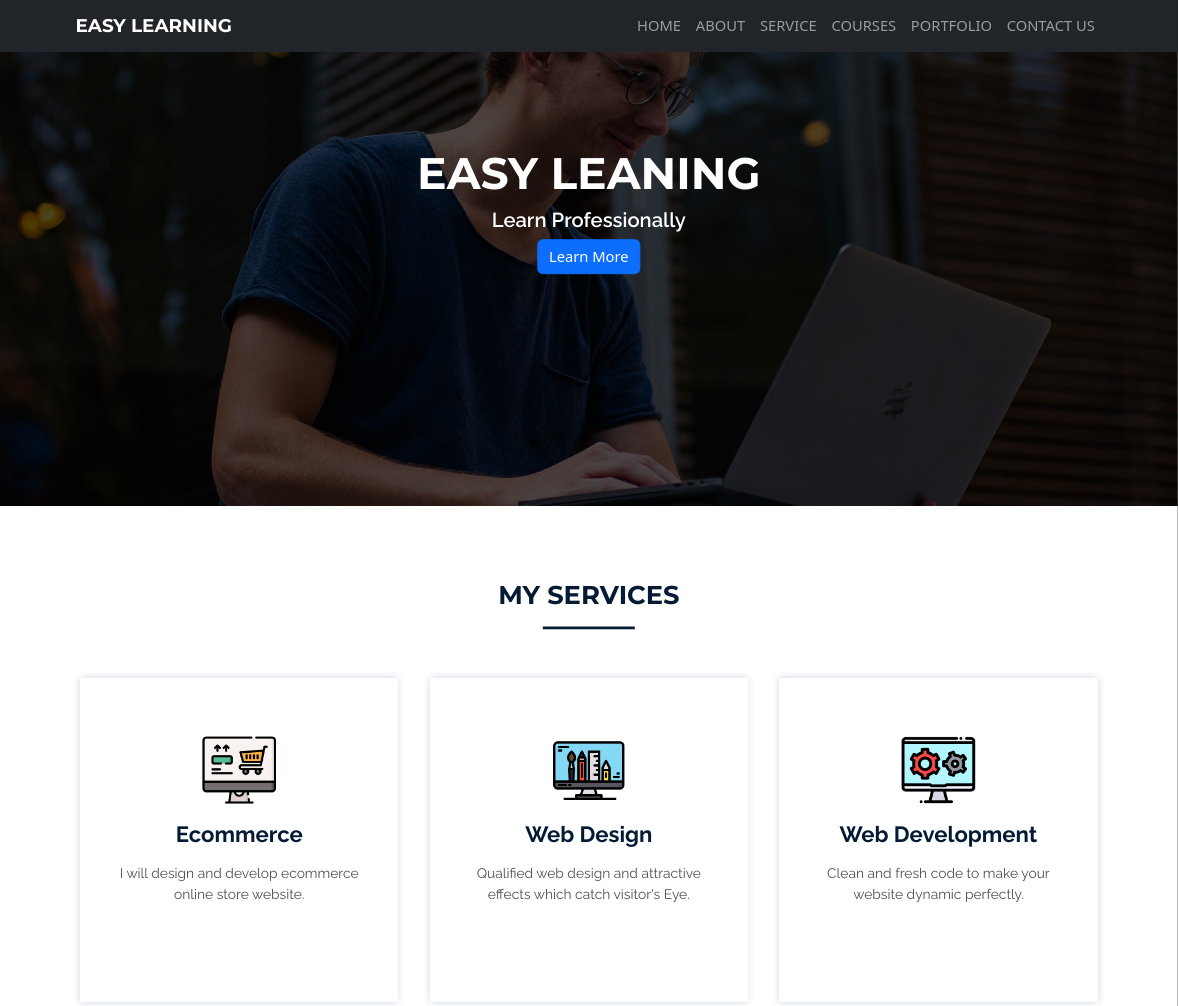
Repository: masamichan/free_video_app
Page: /
These files come from the project's save history. The page is drawn as it stood at one moment and after the next save; the edit follows.
The browser window is 1280 px wide. The pictures show the whole page, at 92% of full size.
Backgrounds fixed to the window are drawn as part of the page. The project was rebuilt for these pictures with package versions that can differ from the ones it lists, and the page was loaded fresh each time.

Above is the page before, as saved 2023-01-24 09:34:40.

### public/index.html
<!DOCTYPE html>
<html lang="en">
  <head>
    <meta charset="utf-8" />
    <link rel="icon" href="%PUBLIC_URL%/icon.png" />
    <meta name="viewport" content="width=device-width, initial-scale=1" />
    <meta name="theme-color" content="#000000" />
    <meta
      name="description"
      content="Web site created using create-react-app"
    />

    <link rel="manifest" href="%PUBLIC_URL%/manifest.json" />

    <link rel="preconnect" href="https://fonts.googleapis.com">
    <link rel="preconnect" href="https://fonts.gstatic.com" crossorigin>
    <link
      href="https://fonts.googleapis.com/css2?family=Montserrat:wght@400;700;800&family=Raleway:wght@300;400;600;700&display=swap"
      rel="stylesheet">

    <title>Easy Leaning</title>
  </head>
  <body>
    <noscript>You need to enable JavaScript to run this app.</noscript>
    <div style="width: 100%;" id="root"></div>

  </body>
</html>

### src/App.js
import React from "react";
import Services from "./components/Services/Services";
import { TopBanner } from "./components/TopBanner/TopBanner";
import TopNavigation from "./components/TopNavigation/TopNavigation";

function App() {
  return (
    <div>
      <TopNavigation />
      <TopBanner />
      <Services />
    </div>
  );
}

export default App;

### src/components/Services/Services.jsx
import React, { Component, Fragment } from "react";
import { Col, Container, Row } from "react-bootstrap";
import designIcon from "../../asset/image/design.png";
import ecommerceIcon from "../../asset/image/ecommerce.png";
import webIcon from "../../asset/image/web.png";

export class Services extends Component {
  render() {
    return (
      <Fragment>
        <Container className="text-center">
          <h1 className="serviceMainTitle">MY SERVICES</h1>
          <div className="bottom"></div>
          <Row>
            <Col lg={4} md={6} sm={12}>
              <div className="serviceCard text-center">
                <img className="ecommerceIcon" src={ecommerceIcon} />
                <h2 className="serviceName">Ecommerce</h2>
                <p className="serviceDescription">
                  I will design and develop ecommerce online store website.
                </p>
              </div>
            </Col>
            <Col lg={4} md={6} sm={12}>
              <div className="serviceCard text-center">
                <img className="designIcon" src={designIcon} />
                <h2 className="serviceName">Web Design</h2>
                <p className="serviceDescription">
                  Qualified web design and attractive effects which catch
                  visitor's Eye.
                </p>
              </div>
            </Col>
            <Col lg={4} md={6} sm={12}>
              <div className="serviceCard text-center">
                <img className="webIcon" src={webIcon} />
                <h2 className="serviceName">Web Development</h2>
                <p className="serviceDescription">
                  Clean and fresh code to make your website dynamic perfectly.
                </p>
              </div>
            </Col>
          </Row>
        </Container>
      </Fragment>
    );
  }
}

export default Services;

### src/components/TopBanner/TopBanner.jsx
import React, { Component, Fragment } from "react";
import { Button, Col, Container, Row } from "react-bootstrap";
import "../../asset/css/custom.css";
import "../../asset/css/bootstrap.css";

export class TopBanner extends Component {
  render() {
    return (
      <Fragment>
        <Container fluid={true} className="topFixedBanner p-0">
          <div className="topBannerOverlay">
            <Container className="topContent">
              <Row>
                <Col className="text-center">
                  <h1 className="topTitle">EASY LEANING</h1>
                  <h4 className="topSubTitle">Learn Professionally</h4>
                  <Button variant="primary">Learn More</Button>
                </Col>
              </Row>
            </Container>
          </div>
        </Container>
      </Fragment>
    );
  }
}

export default TopBanner;

### src/components/TopNavigation/TopNavigation.jsx
import React, { Component, Fragment } from "react";
import { Nav, Navbar, NavDropdown } from "react-bootstrap";
import { Container } from "react-bootstrap";
import whiteLogo from "../../asset/image/logo_white.png";
import blackLogo from "../../asset/image/logo_black.png";

export class TopNavigation extends Component {
  constructor() {
    super();
    this.state = {
      navBarTitle: "navTitle",
      navBarLogo: [whiteLogo],
    };
  }

  onScroll = () => {
    if (window.scrollY > 100) {
      this.setState({ navBarTitle: "navTitleScroll", navBarLogo: [blackLogo] });
    } else if (window.scrollY < 100) {
      this.setState({ navBarTitle: "navTitle", navBarLogo: [whiteLogo] });
    }
  };

  componentDidMount() {
    window.addEventListener("scroll", this.onScroll);
  }

  render() {
    return (
      <Fragment>
        <Navbar
          collapseOnSelect
          fixed="top"
          expand="lg"
          bg="dark"
          variant="dark"
        >
          <Container>
            <Navbar.Brand className={this.state.navBarTitle} href="#home">
              EASY LEARNING
            </Navbar.Brand>
            <Navbar.Toggle aria-controls="responsive-navbar-nav" />
            <Navbar.Collapse id="responsive-navbar-nav">
              <Nav className="me-auto"></Nav>
              <Nav>
                <Nav.Link href="#deets">HOME</Nav.Link>
                <Nav.Link href="#deets">ABOUT</Nav.Link>
                <Nav.Link href="#deets">SERVICE</Nav.Link>
                <Nav.Link href="#deets">COURSES</Nav.Link>
                <Nav.Link href="#deets">PORTFOLIO</Nav.Link>
                <Nav.Link href="#deets">CONTACT US</Nav.Link>
              </Nav>
            </Navbar.Collapse>
          </Container>
        </Navbar>
      </Fragment>
    );
  }
}

export default TopNavigation;

### src/asset/css/custom.css
.topFixedBanner {
  background-image: url("../image/banner.jpg");
  min-height: 550px;
  background-attachment: fixed;
  background-position: center;
  background-repeat: no-repeat;
  background-size: cover;
}
.topBannerOverlay {
  position: absolute;
  min-height: 550px;
  width: 100%;
  background: rgb(0, 0, 0, 0.7);
}

.topContent {
  margin-top: 10em;
}

.topTitle {
  font-family: "Montserrat", sans-serif;
  font-weight: 700;
  color: #ffffff;
  font-size: 48px;
}

.topSubTitle {
  font-family: "Raleway", san-serif;
  font-weight: 600;
  color: #ffffff;
  font-size: 22px;
}

.ecommerceIcon {
  height: 80px;
  width: 80px;
}

.designIcon {
  height: 80px;
  width: 80px;
}

.webIcon {
  height: 80px;
  width: 80px;
}

.serviceCard {
  margin: 5px 5px 5px 5px;
  height: 22rem;
  padding: 60px 30px 60px 30px;
  box-shadow: 0 0 8px 0 rgb(4, 55, 105, 0.2);
}

.serviceCard:hover {
  margin: 5px 5px 5px 5px;
  height: 22rem;
  padding: 60px 30px 60px 30px;
  box-shadow: 0 0 16px 0 rgb(4, 55, 105, 0.2);
}

.serviceName {
  color: #051b35;
  margin-top: 1rem;
  font-family: "Raleway", sans-serif;
  font-size: 24px;
  font-weight: 700;
}

.serviceDescription {
  color: #505050;
  margin-top: 1rem;
  font-family: "Raleway", sans-serif;
  font-size: 15px;
  font-weight: 400;
}

.serviceMainTitle {
  color: #051b35;
  margin-top: 5rem;
  margin-bottom: 3rem;
  font-family: "Montserrat", sans-serif;
  font-weight: 700;
  font-size: 28px;
}

.bottom {
  background: #051b35 none repeat scroll 0 0;
  height: 3px;
  width: 100px;
  margin: -1.9rem auto 0;
  margin-bottom: 3rem;
}

.navTitle {
  font-family: "Montserrat", sans-serif;
  color: #ffffff !important;
  font-weight: 700;
  font-size: 30px;
}

.navTitleScroll {
  font-family: "Montserrat", sans-serif;
  color: #051b35 !important;
  font-weight: 700;
  font-size: 30px;
}

Loaded but not shown: src/index.js (common file); src/asset/css/bootstrap.css (library)

After the next save:
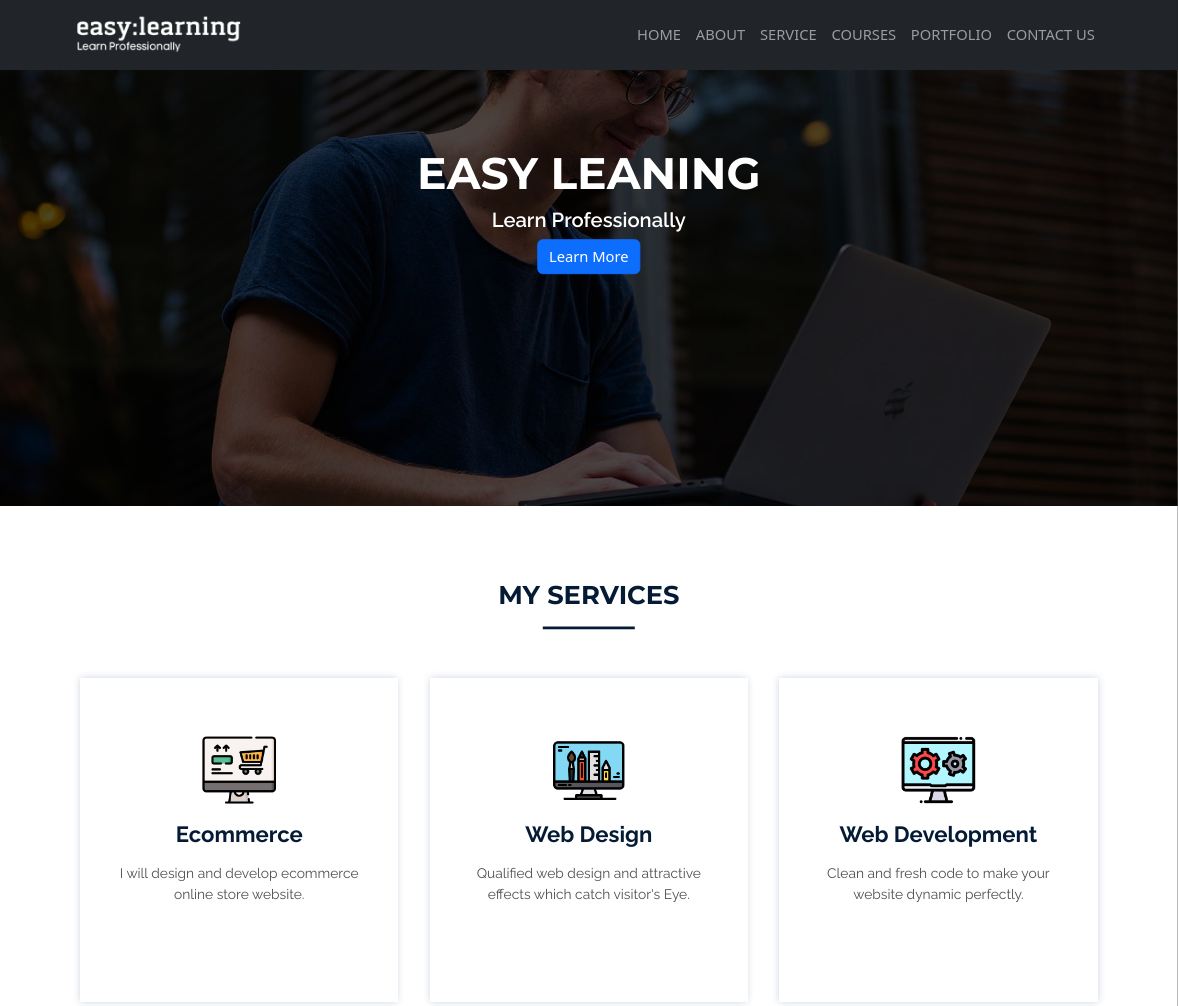
Saved 118 s later.
--- a/src/components/TopNavigation/TopNavigation.jsx
+++ b/src/components/TopNavigation/TopNavigation.jsx
@@ -37,7 +37,7 @@ export class TopNavigation extends Component {
         >
           <Container>
             <Navbar.Brand className={this.state.navBarTitle} href="#home">
-              EASY LEARNING
+              <img src={this.state.navBarLogo} />
             </Navbar.Brand>
             <Navbar.Toggle aria-controls="responsive-navbar-nav" />
             <Navbar.Collapse id="responsive-navbar-nav">
